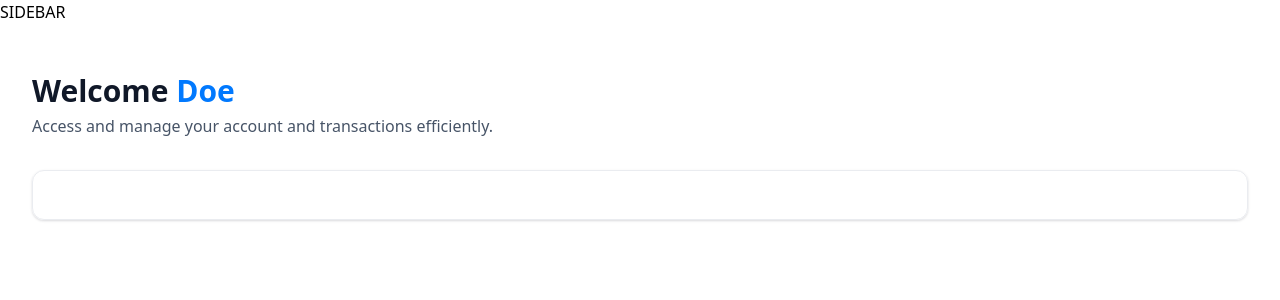
Repository: akinolapo/creditcraze
Page: /
The author's editor kept a copy of each file at every save. The page is drawn from the files as they stood at one save, then again after a run of saves.
The browser window is 1280 px wide. The pictures show the whole page.
The project was rebuilt for these pictures with package versions that can differ from the ones it lists, and the page was loaded fresh each time. The framework's server and built-in components were replaced by stand-ins that run in the browser. Also part of the build but not shown: next.config.mjs.

Above is the page before, as saved 2024-06-26 14:05:36.

### app/layout.tsx
import type { Metadata } from "next";
import { Inter, IBM_Plex_Serif } from "next/font/google";
import "./globals.css";

const inter = Inter({ subsets: ["latin"], variable: '--font-inter' });
const ibmPlexSerif = IBM_Plex_Serif({
  subsets: ['latin'],
  weight: ['400', '700'],
  variable: '--font-ibm-plex-serif'
})

export const metadata: Metadata = {
  title: "CreditCraze",
  description: "CreditCraze is a modern banking platform for everyone.",
  icons: {
    icon: '/icons/logo.svg'
  }
};

export default function RootLayout({
  children,
}: Readonly<{
  children: React.ReactNode;
}>) {
  return (
    <html lang="en">
      <body className={`${inter.variable} ${ibmPlexSerif.variable}`}>{children}</body>
    </html>
  );
}

### app/(root)/page.tsx
import HeaderBox from '@/components/HeaderBox'
import TotalBalanceBox from '@/components/TotalBalanceBox';
import React from 'react'

const Home = () => {
  const loggedIn = { firstName: 'Doe'};
  return (
    <section className="home">
      <div className="home-content">
        <header className="home-header">
          <HeaderBox
            type="greeting"
            title="Welcome"
            user={loggedIn?.firstName || 'Guest'}
            subtext="Access and manage your account and transactions efficiently."
          />

          <TotalBalanceBox
            accounts={[]}
            totalBanks={1}
            totalCurrentBalance={1250.35}
          />

        </header>
      </div>
    </section>
  )
}

export default Home

### components/HeaderBox.tsx
const HeaderBox = ({ type="title", title, subtext, user}: HeaderBoxProps) => {
  return (
    <div className="header-box">
        <h1 className="header-box-title">
            {title}
            {type === 'greeting' && (
                <span className="text-bankGradient">
                    &nbsp;{user}
                </span>
            )}
        </h1>
        <p className="header-box-subtext">{subtext}</p>
    </div>
  )
}

export default HeaderBox

### components/TotalBalanceBox.tsx
import React from 'react'

const TotalBalanceBox = ({
  accounts= [], totalBanks, totalCurrentBalance
}:TotlaBalanceBoxProps) => {
  return (
    <section className="total-balance">
      <div className="total-balance-chart">

      </div>
    </section>
  )
}

export default TotalBalanceBox

Loaded but not shown: app/(root)/layout.tsx (common file); app/globals.css (common file); tailwind.config.ts (common file)

After the next 4 saves:
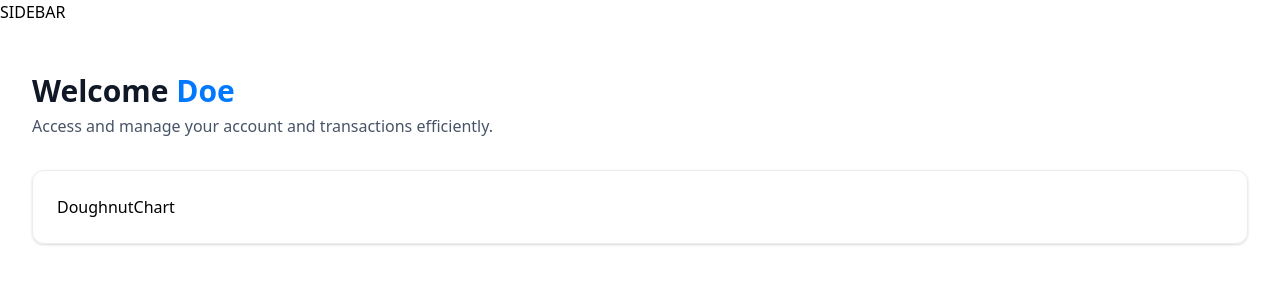
The 4 saves are shown as one change because they came seconds apart.
The last was saved 17 s later.
--- a/components/TotalBalanceBox.tsx
+++ b/components/TotalBalanceBox.tsx
@@ -6,7 +6,7 @@
   return (
     <section className="total-balance">
       <div className="total-balance-chart">
-
+        DoughnutChart
       </div>
     </section>
   )

After the save that followed:
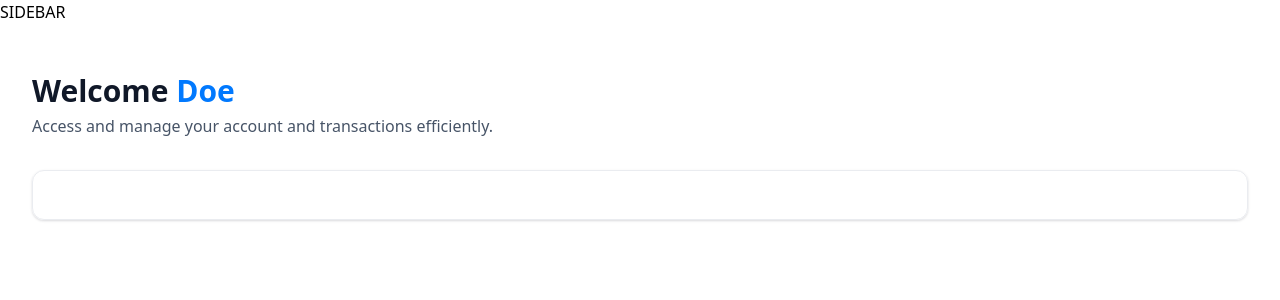
Saved 6 s later.
--- a/components/TotalBalanceBox.tsx
+++ b/components/TotalBalanceBox.tsx
@@ -6,7 +6,7 @@
   return (
     <section className="total-balance">
       <div className="total-balance-chart">
-        DoughnutChart
+        {/* DoughnutChart */}
       </div>
     </section>
   )
